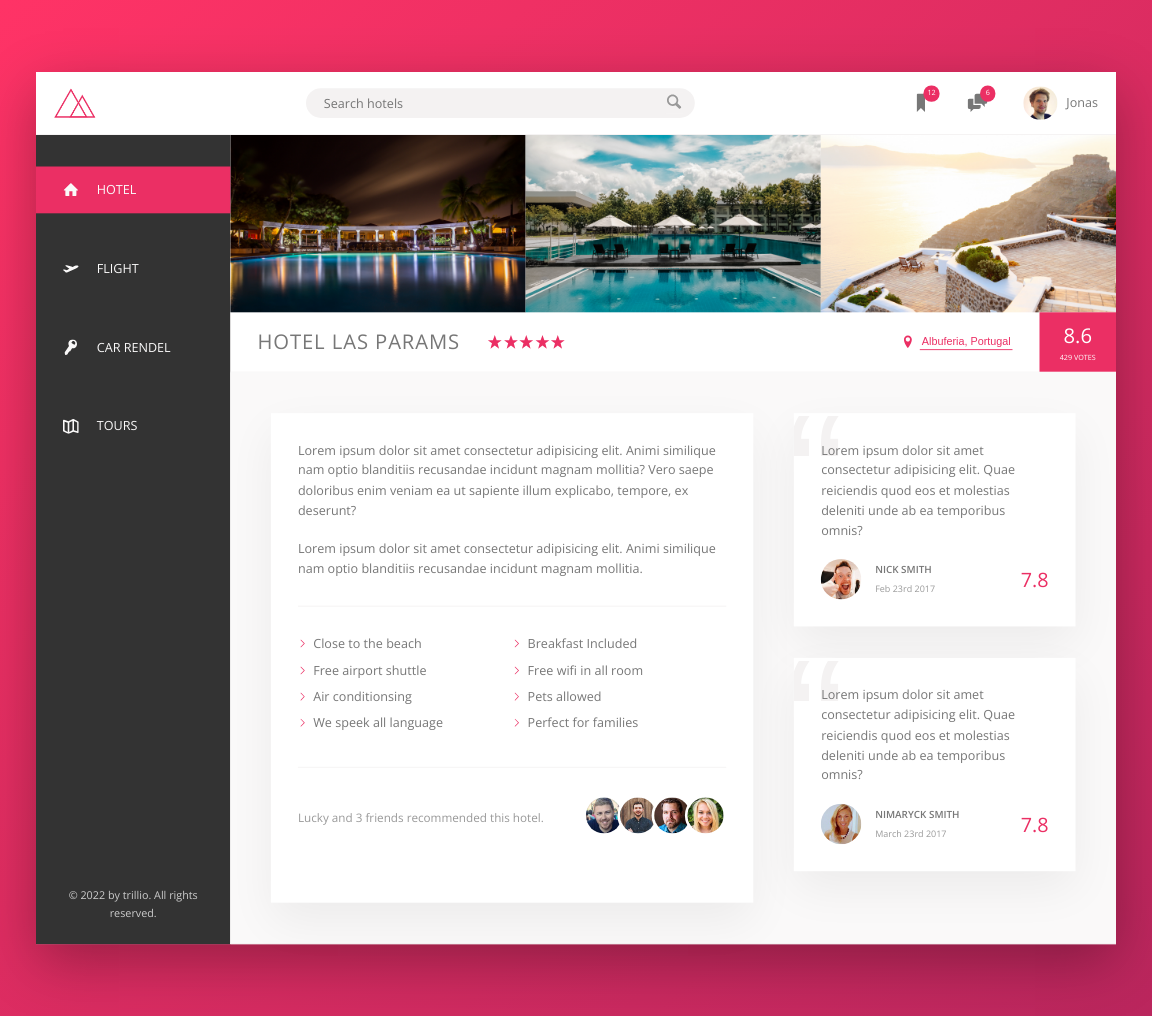
Repository: mohamediyas/flex_website
Page: index.html
The author's editor kept a copy of each file at every save. The page is drawn from the files as they stood at one save, then again after the next save.
The browser window is 1280 px wide. The pictures show the whole page, at 90% of full size.
The style sheet was rebuilt from its Sass, Less or Tailwind sources for each picture, by a compiler version that may differ from the author's.

Above is the page before, as saved 2022-08-06 18:42:58.

### index.html
<!DOCTYPE html>
<html lang="en">
  <head>
    <meta charset="UTF-8" />
    <meta name="viewport" content="width=device-width, initial-scale=1.0" />
    <meta http-equiv="X-UA-Compatible" content="ie=edge" />

    <link
      href="https://fonts.googleapis.com/css?family=Open+Sans:300,400,600"
      rel="stylesheet"
    />
    <link rel="stylesheet" href="css/style.css" />
    <link rel="shortcut icon" type="image/png" href="img/favicon.png" />

    <title>nexter &mdash; your home, your freedom</title>
  </head>
  <body>
    <div class="container">
      <header class="header">
        <img src="img/logo.png" alt="trilio logo" class="logo" />
        <form action="#" class="search">
          <input
            type="text"
            class="search__input"
            placeholder="Search hotels"
          />
          <button class="search__button">
            <svg class="search__icon">
              <use xlink:href="img/sprite.svg#icon-magnifying-glass"></use>
            </svg>
          </button>
        </form>

        <nav class="user-nav">
          <div class="user-nav__icon-box">
            <svg class="user-nav__icon">
              <use xlink:href="img/sprite.svg#icon-bookmark"></use>
            </svg>
            <span class="user-nav__notification">12</span>
          </div>
          <div class="user-nav__icon-box">
            <svg class="user-nav__icon">
              <use xlink:href="img/sprite.svg#icon-chat"></use>
            </svg>
            <span class="user-nav__notification">6</span>
          </div>
          <div class="user-nav__user">
            <img
              src="img/user.jpg"
              alt="user image"
              class="user-nav__user-photo"
            />
            <span class="user-nav__user-name">Jonas</span>
          </div>
        </nav>
      </header>
      <div class="content">
        <nav class="sidebar">
          <ul class="side-nav">
            <li class="side-nav__item side-nav__item--active">
              <a href="#" class="side-nav__link">
                <svg class="side-nav__icon">
                  <use xlink:href="img/sprite.svg#icon-home"></use>
                </svg>
                <span>Hotel</span>
              </a>
            </li>
            <li class="side-nav__item">
              <a href="#" class="side-nav__link">
                <svg class="side-nav__icon">
                  <use xlink:href="img/sprite.svg#icon-aircraft-take-off"></use>
                </svg>
                <span>Flight</span>
              </a>
            </li>
            <li class="side-nav__item">
              <a href="#" class="side-nav__link">
                <svg class="side-nav__icon">
                  <use xlink:href="img/sprite.svg#icon-key"></use>
                </svg>
                <span>Car Rendel</span>
              </a>
            </li>
            <li class="side-nav__item">
              <a href="#" class="side-nav__link">
                <svg class="side-nav__icon">
                  <use xlink:href="img/sprite.svg#icon-map"></use>
                </svg>
                <span>Tours</span>
              </a>
            </li>
          </ul>
          <div class="legal">&copy; 2022 by trillio. All rights reserved.</div>
        </nav>
        <main class="hotel">
          <div class="gallery">
            <figure class="gallery__item">
              <img
                src="img/hotel-1.jpg"
                aria-label="home photot"
                alt=""
                class="gallery__photo"
              />
            </figure>

            <figure class="gallery__item">
              <img
                src="img/hotel-2.jpg"
                aria-label="home photot"
                alt=""
                class="gallery__photo"
              />
            </figure>

            <figure class="gallery__item">
              <img
                src="img/hotel-3.jpg"
                aria-label="home photot"
                alt=""
                class="gallery__photo"
              />
            </figure>
          </div>
          <div class="overview">
            <h1 class="overview__heading">Hotel las params</h1>
            <div class="overview__stars">
              <svg class="overview__icon-star">
                <use xlink:href="img/sprite.svg#icon-star"></use>
              </svg>
              <svg class="overview__icon-star">
                <use xlink:href="img/sprite.svg#icon-star"></use>
              </svg>
              <svg class="overview__icon-star">
                <use xlink:href="img/sprite.svg#icon-star"></use>
              </svg>
              <svg class="overview__icon-star">
                <use xlink:href="img/sprite.svg#icon-star"></use>
              </svg>
              <svg class="overview__icon-star">
                <use xlink:href="img/sprite.svg#icon-star"></use>
              </svg>
            </div>
            <div class="overview__location">
              <svg class="overview__icon-location">
                <use xlink:href="img/sprite.svg#icon-location-pin"></use>
              </svg>
              <button class="btn-inline">Albuferia, Portugal</button>
            </div>

            <div class="overview__rating">
              <div class="overview__rating-average">8.6</div>

              <div class="overview__rating-count">429 votes</div>
            </div>
          </div>
          <div class="detail">
            <div class="description">
              <p class="paragraph">
                Lorem ipsum dolor sit amet consectetur adipisicing elit. Animi
                similique nam optio blanditiis recusandae incidunt magnam
                mollitia? Vero saepe doloribus enim veniam ea ut sapiente illum
                explicabo, tempore, ex deserunt?
              </p>
              <p class="paragraph">
                Lorem ipsum dolor sit amet consectetur adipisicing elit. Animi
                similique nam optio blanditiis recusandae incidunt magnam
                mollitia.
              </p>
              <ul class="list">
                <li class="list__item">Close to the beach</li>
                <li class="list__item">Breakfast Included</li>
                <li class="list__item">Free airport shuttle</li>
                <li class="list__item">Free wifi in all room</li>
                <li class="list__item">Air conditionsing</li>
                <li class="list__item">Pets allowed</li>
                <li class="list__item">We speek all language</li>
                <li class="list__item">Perfect for families</li>
              </ul>
              <div class="recommend">
                <p class="recommend__count">
                  Lucky and 3 friends recommended this hotel.
                </p>
                <div class="recommend__friends">
                  <img src="img/user-3.jpg" alt="" class="recommend__photo" />
                  <img src="img/user-4.jpg" alt="" class="recommend__photo" />
                  <img src="img/user-5.jpg" alt="" class="recommend__photo" />
                  <img src="img/user-6.jpg" alt="" class="recommend__photo" />
                </div>
              </div>
            </div>
            <div class="user-reviews">
              <figure class="review">
                <blockquote class="review__text">
                  Lorem ipsum dolor sit amet consectetur adipisicing elit. Quae
                  reiciendis quod eos et molestias deleniti unde ab ea
                  temporibus omnis?
                </blockquote>
                <figcaption class="review__user">
                  <img class="review__photo" src="img/user-1.jpg" alt="" />
                  <div class="review__user-box">
                    <p class="review__user-name">Nick smith</p>
                    <p class="review__user-date">Feb 23rd 2017</p>
                  </div>
                  <div class="review__rating">7.8</div>
                </figcaption>
              </figure>
              <figure class="review">
                <blockquote class="review__text">
                  Lorem ipsum dolor sit amet consectetur adipisicing elit. Quae
                  reiciendis quod eos et molestias deleniti unde ab ea
                  temporibus omnis?
                </blockquote>
                <figcaption class="review__user">
                  <img class="review__photo" src="img/user-2.jpg" alt="" />
                  <div class="review__user-box">
                    <p class="review__user-name">NiMaryck smith</p>
                    <p class="review__user-date">March 23rd 2017</p>
                  </div>
                  <div class="review__rating">7.8</div>
                </figcaption>
              </figure>
            </div>
          </div>
        </main>
      </div>
    </div>
  </body>
</html>

### sass/_base.scss
// COLOR VARIABLES

:root {
  --color-primary: #eb2f64;
  --color-primary-light: #ff3366;
  --color-primary-dark: #ba265d;

  --color-grey-light-1: #faf9f9;
  --color-grey-light-2: #f4f2f2;
  --color-grey-light-3: #f0eeee;
  --color-grey-light-4: #ccc;

  --color-grey-dark-1: #333;
  --color-grey-dark-2: #777;
  --color-grey-dark-3: #999;

  --shadow-dark: 0 2rem 6rem rgba(0, 0, 0, 0.3);
  --shadow-light: 0 2rem 5rem rgba(0, 0, 0, 0.06);

  --line: 1px solid var(--color-grey-light-2);
}

* {
  margin: 0;
  padding: 0;
}

*,
*::after,
*::before {
  box-sizing: inherit;
}

html {
  box-sizing: border-box;
  font-size: 62.5%;
}

body {
  background-image: linear-gradient(
    to right bottom,
    var(--color-primary-light),
    var(--color-primary-dark)
  );
  font-family: "Open Sans", sans-serif;
  font-weight: 400;
  line-height: 1.6;
  background-size: cover;
  background-repeat: no-repeat;
  min-height: 100vh;
  color: var(--color-grey-dark-2);
}

### sass/_components.scss
.logo {
  height: 3.25rem;
  margin-left: 2rem;
}

.search {
  flex: 0 0 40%;

  display: flex;
  justify-content: center;
  align-items: center;

  &__input {
    font-family: inherit;
    font-size: inherit;
    background-color: var(--color-grey-light-2);
    border: none;
    color: inherit;
    padding: 0.7rem 2rem;
    border-radius: 100px;
    width: 90%;
    transition: all 0.2s;
    margin-right: -3.25rem;
    &:focus {
      outline: none;
      width: 100%;
      background-color: var(--color-grey-light-3);
    }
  }

  &::-webkit-input-placeholder {
    font-weight: 100;
    color: var(--color-grey-light-4);
  }

  &__input:focus + &__button {
    background-color: var(--color-grey-light-3);
  }

  &__button {
    border: none;
    background-color: var(--color-grey-light-2);

    &:focus {
      outline: none;
    }

    &:active {
      transform: translateY(2px);
    }
  }

  &__icon {
    height: 2rem;
    width: 2rem;
    fill: var(--color-grey-dark-3);
  }
}

.user-nav {
  align-self: stretch;
  display: flex;
  align-items: center;

  & > * {
    padding: 0 2rem;
    cursor: pointer;
    height: 100%;
    display: flex;
    align-items: center;
  }

  & > *:hover {
    background-color: var(--color-grey-light-2);
  }

  &__icon-box {
    position: relative;
  }

  &__icon {
    height: 2.25rem;
    width: 2.25rem;
    fill: var(--color-grey-dark-2);
  }

  &__notification {
    font-size: 0.8rem;
    height: 1.75rem;
    width: 1.75rem;
    border-radius: 50%;
    background-color: var(--color-primary);
    color: #fff;
    position: absolute;
    top: 1.5rem;
    right: 1.1rem;
    display: flex;
    justify-content: center;
    align-items: center;
  }

  &__user {
  }

  &__user-photo {
    height: 3.75rem;
    border-radius: 50%;
    margin-right: 1rem;
  }

  &__user-name {
  }
}

// side navigation

.side-nav {
  font-size: 1.4rem;
  list-style: none;
  margin-top: 3.5rem;

  &__item {
    position: relative;

    &:not(:last-child) {
      margin-bottom: 3.5rem;
    }
  }

  &__item::before {
    content: "";
    position: absolute;
    top: 0;
    left: 0;
    height: 100%;
    width: 3px;
    background-color: var(--color-primary);
    transform: scaleY(0);
    transition: transform 0.2s, width 0.4s cubic-bezier(1, 0, 0, 1) 0.2s;
  }

  &__item:hover:before,
  &__item--active::before {
    transform: scaleY(1);
    width: 100%;
  }

  &__item:active:before {
    background-color: var(--color-primary-light);
  }

  &__link:link,
  &__link:visited {
    color: var(--color-grey-light-1);
    text-decoration: none;
    text-transform: uppercase;
    display: block;
    padding: 1.5rem 3rem;
    z-index: 10;
    position: relative;
    display: flex;
    align-items: center;
  }

  &__link:hover {
    color: white;
  }

  &__icon {
    width: 1.75rem;
    height: 1.75rem;
    margin-right: 2rem;
    fill: currentColor;
  }
}

.legal {
  font-size: 1.2rem;
  text-align: center;
  color: var(--color-grey-light-4);
  padding: 2.5rem;
}

.gallery {
  display: flex;

  &__photo {
    width: 100%;
    display: block;
  }
}

.overview {
  display: flex;
  border-bottom: 1px solid var(--color-grey-light-2);
  align-items: center;

  &__heading {
    font-size: 2.25rem;
    font-weight: 300;
    text-transform: uppercase;
    letter-spacing: 1px;
    padding: 1.5rem 3rem;
  }
  &__stars {
    // flex: 1;
    margin-right: auto;
    display: flex;
  }
  &__icon-star,
  &__icon-location {
    width: 1.75rem;
    height: 1.75rem;
    fill: var(--color-primary);
  }
  &__location {
    font-size: 1.2rem;
    display: flex;
    align-items: center;
  }

  &__icon-location {
    margin-right: 0.5rem;
  }

  &__rating {
    background-color: var(--color-primary);
    margin-left: 3rem;
    color: #fff;
    align-self: stretch;
    padding: 0 2.25rem;

    display: flex;
    flex-direction: column;
    align-items: center;
    justify-content: center;
  }
  &__rating-average {
    font-size: 2.25rem;
    font-weight: 300;
  }
  &__rating-count {
    font-size: 0.8rem;
    text-transform: uppercase;
  }
}

.paragraph:not(:last-of-type) {
  margin-bottom: 2rem;
}

.list {
  list-style: none;
  margin: 3rem 0;
  padding: 3rem 0;
  border-top: var(--line);
  border-bottom: var(--line);
  display: flex;
  flex-wrap: wrap;

  &__item {
    flex: 0 0 50%;
    margin-bottom: 0.7rem;
  }

  &__item::before {
    content: "";
    display: inline-block;
    height: 1rem;
    width: 1rem;
    margin-right: 0.7rem;
    // background-image: url(../img/chevron-thin-right.svg);

    // background-size: cover;

    // masks
    background-color: var(--color-primary);
    -webkit-mask-image: url(../img/chevron-thin-right.svg);
    -webkit-mask-size: cover;
  }
}

.recommend {
  font-size: 1.3rem;
  color: var(--color-grey-dark-3);

  display: flex;
  align-items: center;
  // justify-content: space-between;
  &__count {
    margin-right: auto;
  }

  &__friend {
  }

  &__photo {
    box-sizing: content-box;
    height: 4rem;
    width: 4rem;
    border-radius: 50%;
    border: 3px solid #fff;

    &:not(:last-child) {
      margin-right: -1.15rem;
    }
  }
}

// reviews

.review {
  background-color: #fff;
  box-shadow: var(--shadow-light);
  padding: 3rem;
  margin-bottom: 3.5rem;
  position: relative;
  overflow: hidden;

  &__text {
    margin-bottom: 2rem;
    z-index: 10;
    position: relative;
  }
  &__user {
    display: flex;
    align-items: center;
  }
  &__photo {
    height: 4.5rem;
    width: 4.5rem;
    border-radius: 50%;
    margin-right: 1.5rem;
  }
  &__user-box {
    margin-right: auto;
  }

  &__user-name {
    font-size: 1.1rem;
    font-weight: 600;
    text-transform: uppercase;
    margin-bottom: 0.4rem;
  }

  &__user-date {
    font-size: 1rem;
    color: var(--color-grey-dark-3);
  }

  &__rating {
    color: var(--color-primary);
    font-size: 2.2rem;
    font-weight: 300;
  }

  &::before {
    content: "\201c";
    position: absolute;
    top: -2.75rem;
    left: -1rem;
    line-height: 1;
    font-size: 20rem;
    color: var(--color-grey-light-2);
    font-family: sans-serif;
    z-index: 1;
  }
}

### sass/_layout.scss
.container {
  max-width: 120rem;
  margin: 8rem auto;
  background-color: var(--color-grey-light-2);
  box-shadow: var(--shadow-dark);
  min-height: 50rem;
}

.header {
  font-size: 1.4rem;
  height: 7rem;
  background-color: #fff;
  border-bottom: 1px solid var(--color-grey-light-2);
  display: flex;
  justify-content: space-between;
  align-items: center;
}

.content {
  display: flex;
}

.sidebar {
  background-color: var(--color-grey-dark-1);
  flex: 0 0 18%;
  display: flex;
  flex-direction: column;
  justify-content: space-between;
}

.hotel {
  background-color: #fff;
  // height: 80rem;
  flex: 1;
}

.detail {
  display: flex;
  padding: 4.5rem;
  font-size: 1.4rem;

  background-color: var(--color-grey-light-1);
  border-bottom: var(--line);
}

.description {
  background-color: #fff;
  flex: 0 0 60%;
  margin-right: 4.5rem;
  box-shadow: var(--shadow-light);
  padding: 3rem;
}

.user-reviews {
  flex: 1;
}

.btn-inline {
  border: none;
  color: var(--color-primary);
  font-size: inherit;
  border-bottom: 1px solid currentColor;
  padding: 2px;
  display: inline-block;
  background-color: transparent;
  cursor: pointer;

  &:hover {
    color: var(--color-grey-dark-1);
  }

  &:focus {
    outline: none;
    animation: pulsate 1s infinite;
  }
}

@keyframes pulsate {
  0% {
    transform: scale(1);
    box-shadow: none;
  }
  50% {
    transform: scale(1.05);
    box-shadow: 0 1rem 4rem rgba(0, 0, 0, 0.25);
  }
  100% {
    transform: scale(1);
    box-shadow: none;
  }
}

Loaded but not shown: sass/main.scss (common file)

After the next save:
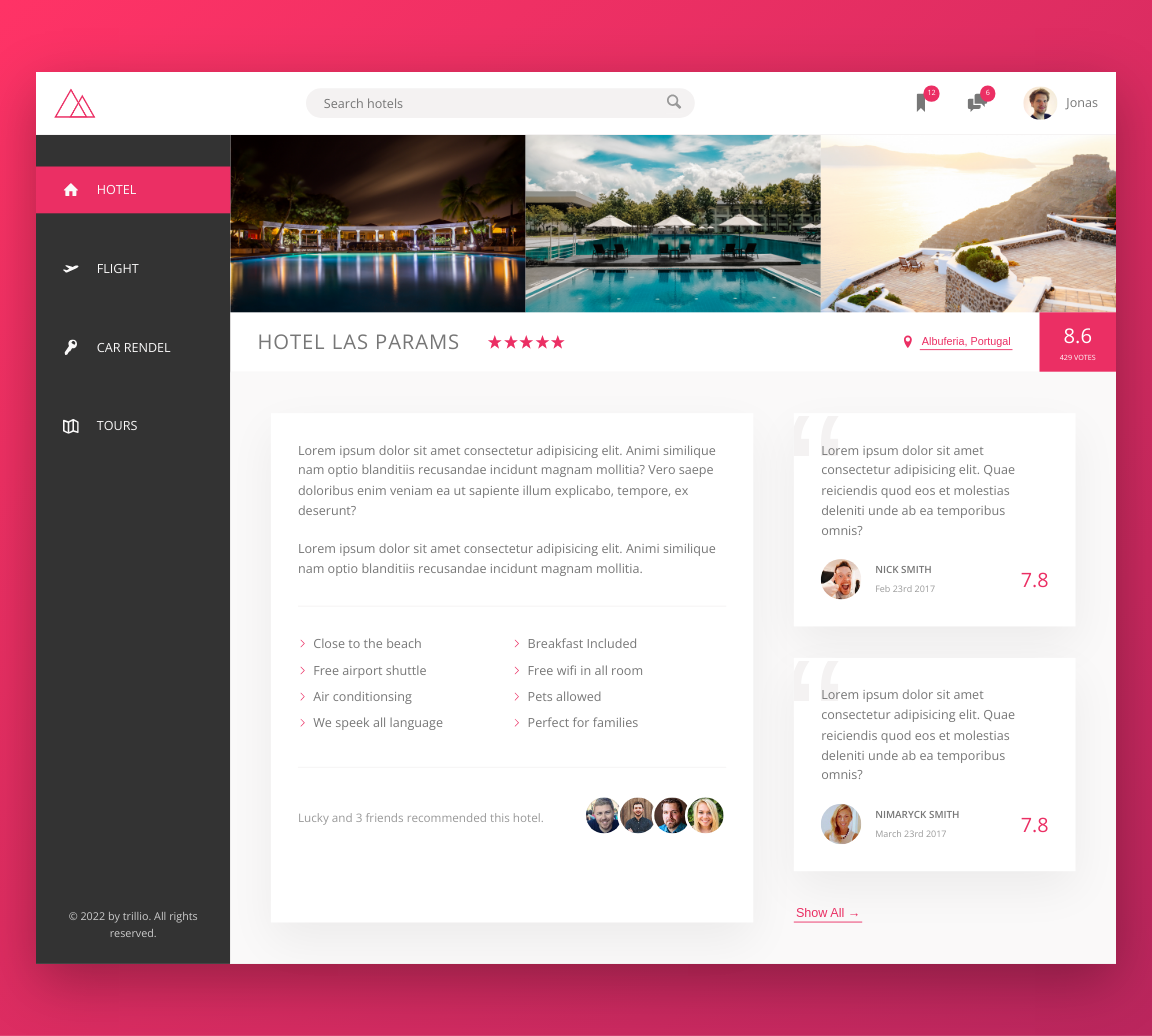
Saved 107 s later.
--- a/index.html
+++ b/index.html
@@ -219,6 +219,7 @@
                   <div class="review__rating">7.8</div>
                 </figcaption>
               </figure>
+              <button class="btn-inline">Show All <span>&rarr;</span></button>
             </div>
           </div>
         </main>
